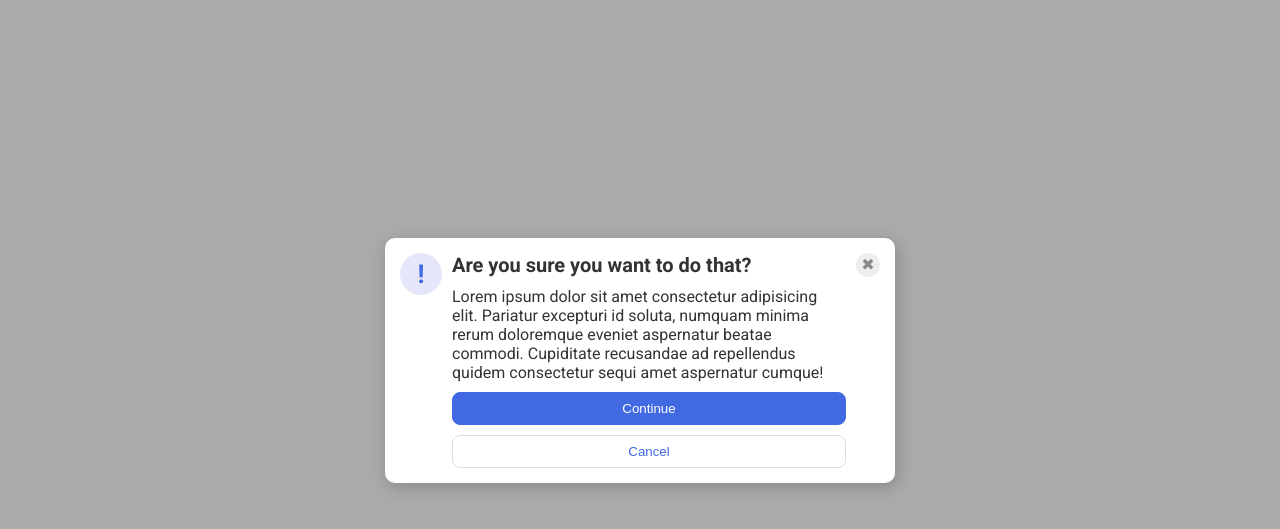
Repository: ridgely/css-exercises
Page: flex/05-flex-modal/index.html
An editor plug-in stored every save of this project. The page is shown before and after the next save, followed by the edit.
The browser window is 1280 px wide. The pictures show the whole page.

Above is the page before, as saved 2022-07-06 14:27:38.

After the next save:
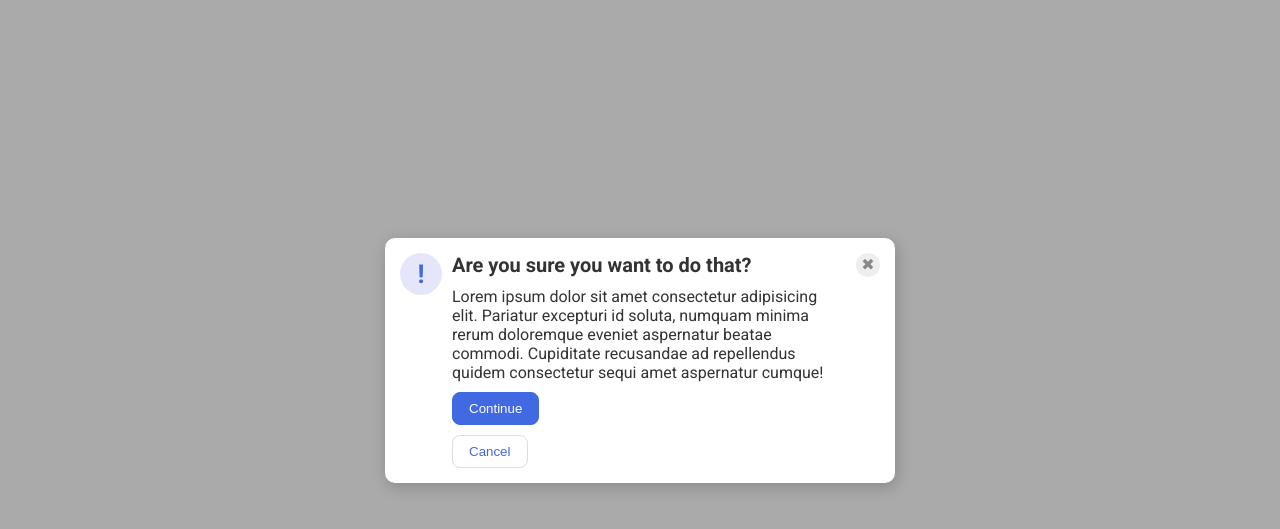
Saved 30 s later.
--- a/flex/05-flex-modal/style.css
+++ b/flex/05-flex-modal/style.css
@@ -65,6 +65,7 @@ body {
 button {
   padding: 8px 16px;
   border-radius: 8px;
+  align-self: flex-start;
 }
 
 button.continue {
